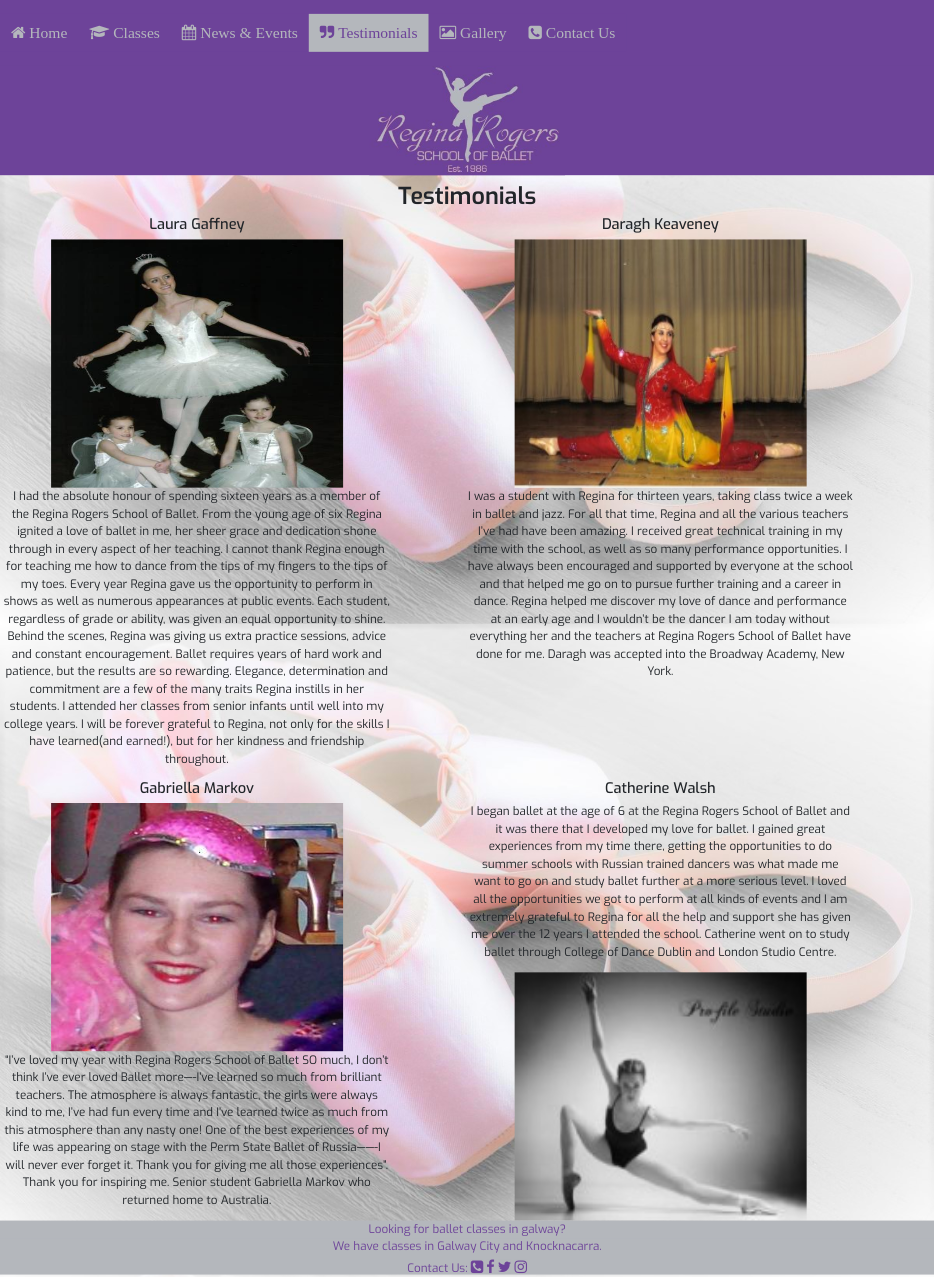
Repository: davidtmiller2010/galwayballet
Page: Testimonial.html
The author's editor kept a record of every edit. The page is drawn from the files as they stood at one moment, then again after the next edit.
The browser window is 1280 px wide. The pictures show the whole page, at 73% of full size.

Above is the page before.

### Testimonial.html
<!DOCTYPE html>
<html lang="en">

<head>
    <meta charset="UTF-8">
    <meta name="viewport" content="width=device-width, initial-scale=1.0">
    <meta http-equiv="X-UA-Compatible" content="ie=edge">
    <link rel="stylesheet" href="https://stackpath.bootstrapcdn.com/bootstrap/4.3.1/css/bootstrap.min.css" type="text/css" />
    <link rel="stylesheet" href="https://stackpath.bootstrapcdn.com/font-awesome/4.7.0/css/font-awesome.min.css" type="text/css" />
    <link rel="stylesheet" href="assets/CSS/style1.css" type="text/css" />
    <link href="https://fonts.googleapis.com/css?family=Exo|Roboto" rel="stylesheet">
    <link href="https://fonts.googleapis.com/css?family=Dancing+Script" rel="stylesheet">
    <title>Regina Rogers</title>
</head>

<body>
    <header>
        <div class="navbar ">
            <ul>
                <li><a href="index.html" class=" col-12  col-2"><i class="fa fa-home fa-lg"> Home</i></a></li>
                <li><a href="Classes.html" class=" col-12  col-2"><i class="fa fa-graduation-cap fa-lg"> Classes</i></a></li>
                <li><a href="News.html" class=" col-12  col-2"><i class="fa fa-calendar fa-lg"> News & Events</i></a></li>
                <li><a href="Testimonial.html" class="active col-12  col-2"><i class="fa fa-quote-right fa-lg"> Testimonials</i></a></li>
                <li><a href="Gallery.html" class=" col-12  col-2"><i class="fa fa-image fa-lg"> Gallery</i></a></li>
                <li><a href="Contact.html" class=" col-12  col-2"><i class="fa fa-phone-square fa-lg"> Contact Us</i></a></li>
            </ul>
        </div>
    </header>
    <section class="container-fluid">
        <div class="logo">
            <!---logo--->
        </div>
        <h2 class=heading>Testimonials</h2>
        <div class="row">
            <div class="col-sm-5 testimonials">
                <h5>Laura Gaffney</h5>
                <img src="../assets/images/laura.jpg" width="400" height="340">
                <p>I had the absolute honour of spending sixteen years as a member of the Regina Rogers School of Ballet. From the young age of six Regina ignited a love of ballet in me, her sheer grace and dedication shone through in every aspect of her
                    teaching. I cannot thank Regina enough for teaching me how to dance from the tips of my fingers to the tips of my toes. Every year Regina gave us the opportunity to perform in shows as well as numerous appearances at public events.
                    Each student, regardless of grade or ability, was given an equal opportunity to shine. Behind the scenes, Regina was giving us extra practice sessions, advice and constant encouragement. Ballet requires years of hard work and patience,
                    but the results are so rewarding. Elegance, determination and commitment are a few of the many traits Regina instills in her students. I attended her classes from senior infants until well into my college years. I will be forever grateful
                    to Regina, not only for the skills I have learned(and earned!), but for her kindness and friendship throughout.</p>
            </div>
            <div class="col-sm-1">
            </div>
            <div class="col-sm-5 testimonials">
                <h5>Daragh Keaveney</h5>
                <img src="../assets/images/Daragh.jpg" width="400" height="340">
                <p>I was a student with Regina for thirteen years, taking class twice a week in ballet and jazz. For all that time, Regina and all the various teachers I’ve had have been amazing. I received great technical training in my time with the school,
                    as well as so many performance opportunities. I have always been encouraged and supported by everyone at the school and that helped me go on to pursue further training and a career in dance. Regina helped me discover my love of dance
                    and performance at an early age and I wouldn’t be the dancer I am today without everything her and the teachers at Regina Rogers School of Ballet have done for me. Daragh was accepted into the Broadway Academy, New York.</p>
            </div>

            <div class="col-sm-5 testimonials">
                <h5>Gabriella Markov</h5>
                <img src="../assets/images/gabriella.jpg" width="400" height="340">
                <p>“I’ve loved my year with Regina Rogers School of Ballet SO much, I don’t think I’ve ever loved Ballet more—-I’ve learned so much from brilliant teachers. The atmosphere is always fantastic, the girls were always kind to me, I’ve had fun
                    every time and I’ve learned twice as much from this atmosphere than any nasty one! One of the best experiences of my life was appearing on stage with the Perm State Ballet of Russia——-I will never ever forget it. Thank you for giving
                    me all those experiences”. Thank you for inspiring me. Senior student Gabriella Markov who returned home to Australia.</p>
            </div>
            <div class="col-sm-1">
            </div>
            <div class="col-sm-5 testimonials">
                <h5>Catherine Walsh</h5>
                <p>I began ballet at the age of 6 at the Regina Rogers School of Ballet and it was there that I developed my love for ballet. I gained great experiences from my time there, getting the opportunities to do summer schools with Russian trained
                    dancers was what made me want to go on and study ballet further at a more serious level. I loved all the opportunities we got to perform at all kinds of events and I am extremely grateful to Regina for all the help and support she
                    has given me over the 12 years I attended the school. Catherine went on to study ballet through College of Dance Dublin and London Studio Centre.</p>
            <img src="../assets/images/Catherine.jpg" width="400" height="340">
            </div>
        </div>
    </section>
    <footer>
        <div class="footermessage">
            <h7 class="uppercase general">Looking for ballet classes in galway?</h7><br/>
            <p class="inline-block footermessage">
                We have classes in Galway City and Knocknacarra.
                <br> Contact Us:
                <a href="#" target="_blank">
                     <i class="fa fa-phone-square infobutton" aria-hidden="true"></i>
                    </a>
                <a target="_blank" href="#">
                            <i class="fa fa-facebook infobutton " aria-hidden="true"></i>
                            <span class="sr-only">Facebook</span>
                        </a>
                <a target="_blank" href="#">
                            <i class="fa fa-twitter infobutton " aria-hidden="true"></i>
                            <span class="sr-only">Twitter</span>
                        </a>
                <a target="_blank" href="#">
                            <i class="fa fa-instagram infobutton " aria-hidden="true"></i>
                            <span class="sr-only">Instagram</span>
                        </a>
            </p>
        </div>
    </footer>
    <script src="https://code.jquery.com/jquery-3.3.1.slim.min.js" integrity="sha384-q8i/X+965DzO0rT7abK41JStQIAqVgRVzpbzo5smXKp4YfRvH+8abtTE1Pi6jizo" crossorigin="anonymous"></script>
    <script src="https://cdnjs.cloudflare.com/ajax/libs/popper.js/1.14.7/umd/popper.min.js" integrity="sha384-UO2eT0CpHqdSJQ6hJty5KVphtPhzWj9WO1clHTMGa3JDZwrnQq4sF86dIHNDz0W1" crossorigin="anonymous"></script>
    <script src="https://stackpath.bootstrapcdn.com/bootstrap/4.3.1/js/bootstrap.min.js" integrity="sha384-JjSmVgyd0p3pXB1rRibZUAYoIIy6OrQ6VrjIEaFf/nJGzIxFDsf4x0xIM+B07jRM" crossorigin="anonymous"></script>

</body>

### assets/CSS/style1.css
@import url('https://fonts.googleapis.com/css?family=Exo:100,200,300,400,500,600,700|Roboto:100,200,300,400,500,600,700');

/*----------colors---------*/

.bg-color-details {
    background: none;
    color: #6D4399;
}

.formbg {
    background: none;
}


.bg-color-contact {
    color: #6D4399;
    background: none;
}

/*----------Header---------*/

header {
    margin-bottom: 90px;
}

.navbar {
    overflow: hidden;
    background-color: #6D4399;
    position: fixed;
    top: 0;
    width: 100%;
    height: 90px;
    padding: 0;
    float: right;
}

ul {
    list-style-type: none;
    margin: 0;
    margin-top: 0;
    padding: 0;
    background-color: #6D4399;
}

li {
    float: left;
}

li a {
    display: block;
    color: #B4B7BC;
    text-align: center;
    padding: 14px 16px;
    text-decoration: none;
}

li a:hover:not(.active) {
    background-color: #000;
}

li a:hover {
    color: white;
    background-color: #6D4399;
}

.active {
    background-color: #B4B7BC;
    color: #6D4399;
}


/*----------body---------*/

body {
    top: 20px;
    background-image: url("../images/balletshoes.jpg");
    background-size: 100%;
    font-family: "Exo", sans-serif;
}

.logo {
    background: #6D4399;
    background-image: url("../images/reginalogo3.jpg");
    background-position: center;
    background-repeat: no-repeat;
    background-size: contain;
    top: 0;
    width: 100%;
    position: relative;
    height: 150px;
    padding: 0;
    z-index: -1;
    margin: 0;
}


.row {
    margin-left: 5px;
    margin-right: 5px;
}

.paragraph {
    margin: 10px 0;
    text-align: justify;
    text-justify: inter-word;
    font-family: "Exo", Times, serif;
    font-size: 20px;
    font-weight: 500;
    z-index: -1;
}


/*----------Footer---------*/

footer {
    background: #6D4399;
    color: #6D4399;
    padding-bottom: 10px;
    margin: 0;
    text-align: center;
    height: 50px;
}

.footermessage {
    background-color: #B4B7BC;
    margin: 0;
    height: 50px;
    padding: 0px;
}

.infobutton {
    background-color: #B4B7BC;
    font-size: 20px;
    color: #6D4399;
    margin: 0;
    margin-top: 5px;
    padding: 0;
    transition: all 0.5s ease-in-out;
    -moz-transition: all 0.5s ease-in-out;
    -webkit-transition: all 0.5s ease-in-out;
    -o-transition: all 0.5s ease-in-out;
}

.infobutton:hover {
    color: white;
}

/*----------Tables---------*/

.table {
    border: solid;
    width: 80%;
    color: black;
    border-color: #6D4399;
    margin-left: 10%;
    margin-right: 10%;
    background-color: #B4B7BC;
}

table th {
    background: #6D4399;
    color: white;
    border: solid;
    border-color: #6D4399;
    text-align: center;
}

table td {
    border: solid;
    color: black;
    border-color: #6D4399;
}

#formstyle {
    width: 50%;
    display: inline-block;
    text-align: center;
    margin-left: 25%;
    margin-right: 25%;
}

.form-row {
    margin-top: 5px;
}

/*----------General---------*/

.headers {
    font-weight: 800;
    font-family: "Exo", sans-serif;
    text-align: center;
    text-decoration: underline;
}

.heading {
    font-weight: 600;
    font-family: "Exo", sans-serif;
    text-align: center;
    margin-top: 10px;

}

.headerstyle {
    font-weight: 700;
    font-family: "Exo", sans-serif;
    text-align: center;
    margin-bottom: 15px;
}

.container-fluid {
    padding: 0;
    margin: 0;
}

.contact-heading {
    margin: 25px 0;
}

.gallery {
    margin: 15px 30px;
}

.news {
    z-index: -1;

}

.newsheader {
    margin: 20px 0;
    text-align:center;
    text-decoration:underline;
    font-weight:bold;
    color:#6D4399;
}

.bordernews {
  border-style: solid;
  border-width:1px;
}

/*----------Testimonials---------*/

.testimonials {
    padding: 0;
    margin: 0;
    text-align: center;
    z-index: -1;
}

After the next edit:
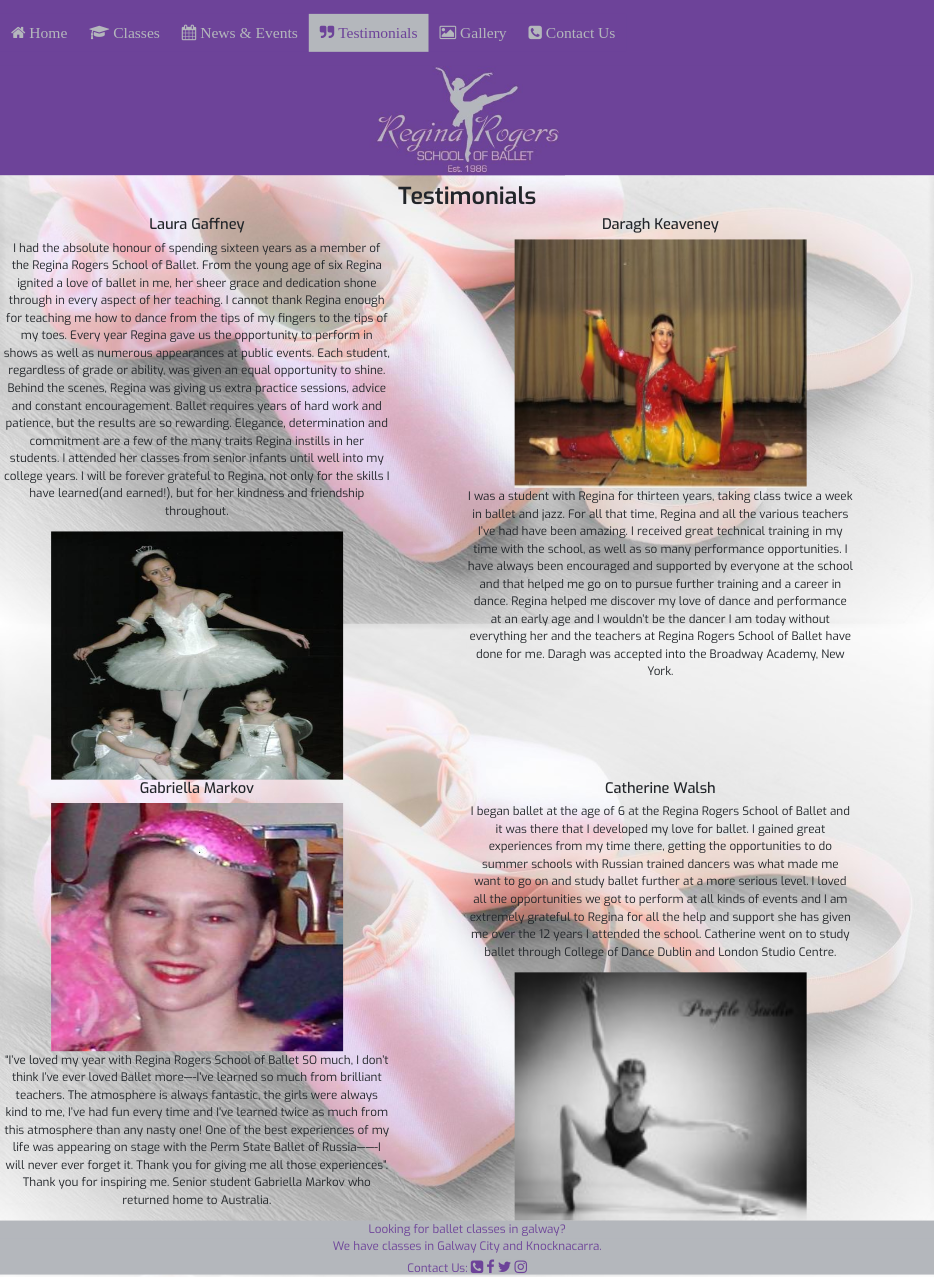
The edit:
--- a/Testimonial.html
+++ b/Testimonial.html
@@ -34,13 +34,13 @@
         <div class="row">
             <div class="col-sm-5 testimonials">
                 <h5>Laura Gaffney</h5>
-                <img src="../assets/images/laura.jpg" width="400" height="340">
                 <p>I had the absolute honour of spending sixteen years as a member of the Regina Rogers School of Ballet. From the young age of six Regina ignited a love of ballet in me, her sheer grace and dedication shone through in every aspect of her
                     teaching. I cannot thank Regina enough for teaching me how to dance from the tips of my fingers to the tips of my toes. Every year Regina gave us the opportunity to perform in shows as well as numerous appearances at public events.
                     Each student, regardless of grade or ability, was given an equal opportunity to shine. Behind the scenes, Regina was giving us extra practice sessions, advice and constant encouragement. Ballet requires years of hard work and patience,
                     but the results are so rewarding. Elegance, determination and commitment are a few of the many traits Regina instills in her students. I attended her classes from senior infants until well into my college years. I will be forever grateful
                     to Regina, not only for the skills I have learned(and earned!), but for her kindness and friendship throughout.</p>
-            </div>
+                <img src="assets/images/laura.jpg" width="400" height="340">
+                </div>
             <div class="col-sm-1">
             </div>
             <div class="col-sm-5 testimonials">
